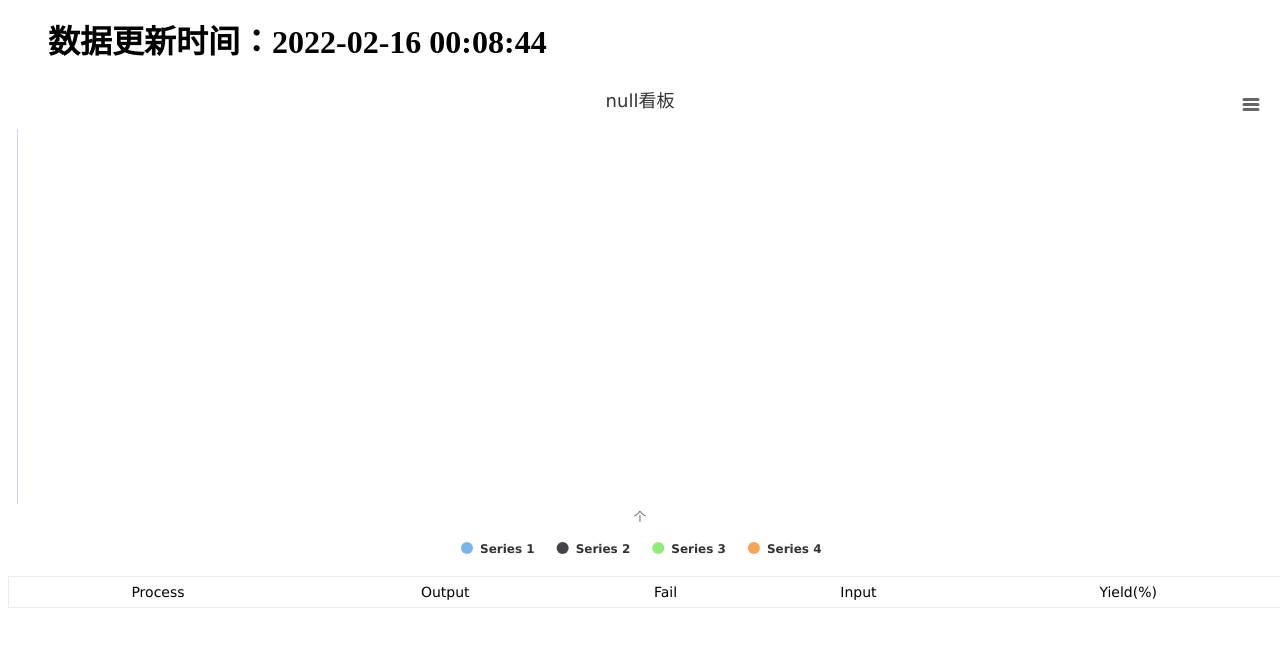
Repository: zxj19880502/mycode
Page: http://localhost/test1/line.jsp
These files come from the project's save history. The page is drawn as it stood at one moment and after the next save; the edit follows.
The browser window is 1280 px wide. The pictures show the whole page.
The page is served by Tomcat 9. Queries for data that is not in the repository find no rows.

Above is the page before, as saved 2022-04-02 02:16:05.

After the next save:
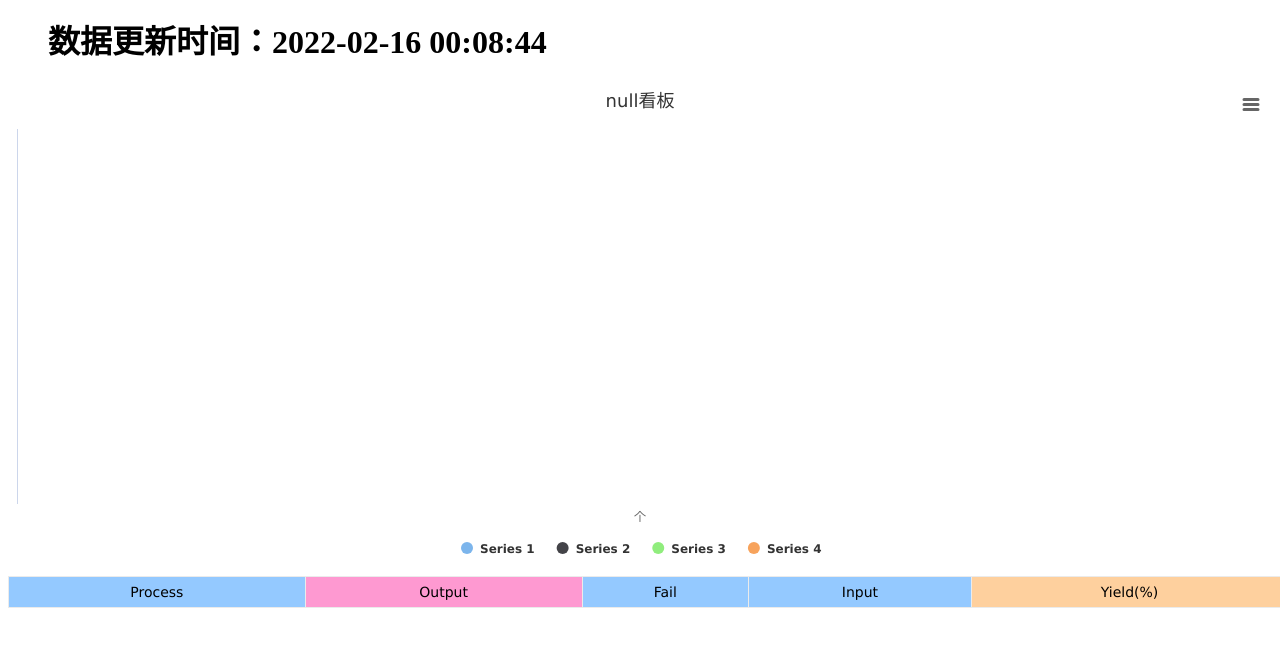
Saved 2 min 45 s later.
--- a/apache-tomcat-8.5.73/webapps/ROOT/test1/line.jsp
+++ b/apache-tomcat-8.5.73/webapps/ROOT/test1/line.jsp
@@ -76,11 +76,11 @@ ResultSet rs=stmt.executeQuery("SELECT PROCESS_NAME,SUM(PASS_QTY)as good,sum(FAI
 
 <table  id="datatable" style="position:absolute;width: 100%;font-family: Verdana, sans-serif;border-collapse: collapse;border: 1px solid #ebebeb;text-align: center;font-size:14px">
     <tr>
-        <td>Process</td>
-       <td>Output</td>
-         <td>Fail</td>
-        <td>Input</td>
-        <td>Yield(%)</td>
+        <td style="background: #94c9ff;border: 1px solid #ebebeb;">Process</td>
+       <td style="background: #fe99d1;border: 1px solid #ebebeb;">Output</td>
+         <td style="background: #94c9ff;border: 1px solid #ebebeb;">Fail</td>
+        <td style="background: #94c9ff;border: 1px solid #ebebeb;">Input</td>
+        <td style="background: #fed09e;border: 1px solid #ebebeb;">Yield(%)</td>
     </tr>
     <% while(rs.next()){ %>
 
